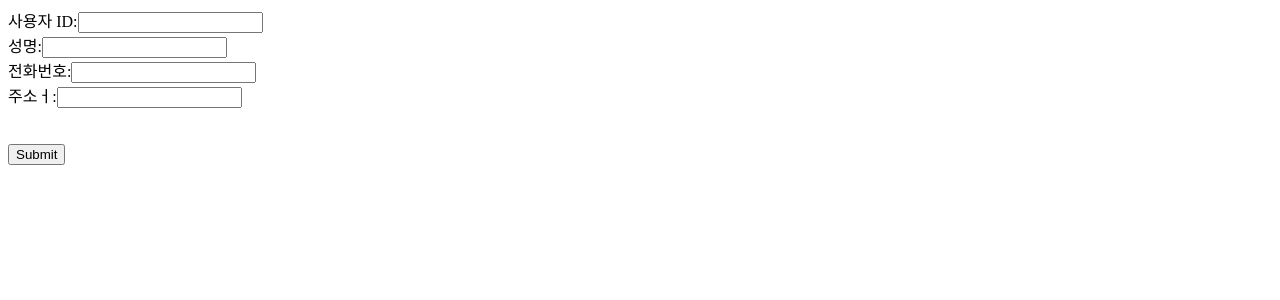
Repository: chanhooop/JSP
Page: http://localhost/CRUD/purchaserInsert_01.jsp
The author's editor kept a copy of each file at every save. The page is drawn from the files as they stood at one save, then again after the next save.
The browser window is 1280 px wide. The pictures show the whole page.
The page is served by Tomcat 9.

Above is the page before, as saved 2021-05-11 03:45:36.

### CRUD/src/main/webapp/purchaserInsert_01.jsp
<%@ page language="java" contentType="text/html; charset=UTF-8"
    pageEncoding="UTF-8"%>
<!DOCTYPE html>
<html>
<head>
<meta charset="UTF-8">
<title>Insert title here</title>
</head>
<script type="text/javascript">
	function checkLogin() {
		var form = document.loginForm;  //반복되는 부분 변수로 만들수 있다
		 	      //document는 이 문서. loginForm은 폼태그 이름

		// Empty Check
		if(form.userid.value == ""){
			alert("제대로 입력하세요!");
			form.id.focus();
			return false; //false값을 안줘버리면 액션페이지로 넘어가 버린다!!
		}

		form.submit();  //submit 은 자바스크립에서 해준다 인풋타입을 버튼으로 해줘야한다!!!1

	}
</script>
<body>


	<form name="loginForm" action="purchaserInsert_02.jsp">
		사용자 ID:<input type="text" name="userid"><br>
		성명:<input type="text" name="name"><br>
		전화번호:<input type="text" name="tel"><br>
		주소ㅓ:<input type="text" name="address"><br>

		<br><br>

		<input type="submit" name="확인">

	</form>

</body>
</html>

After the next save:
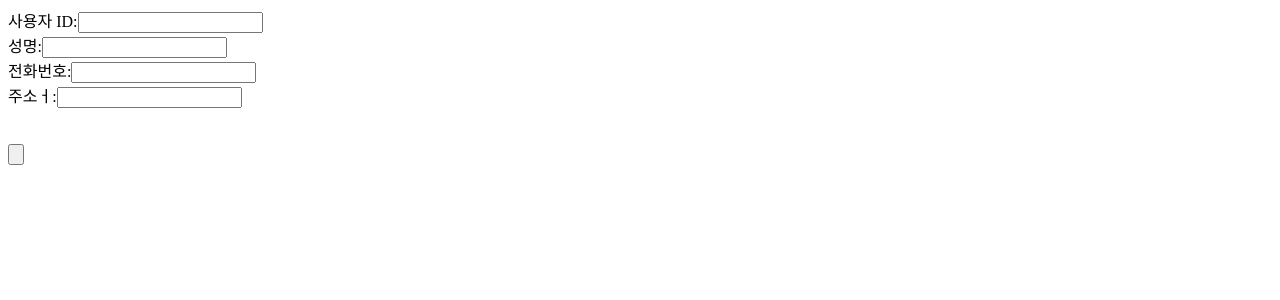
Saved 39 s later.
--- a/CRUD/src/main/webapp/purchaserInsert_01.jsp
+++ b/CRUD/src/main/webapp/purchaserInsert_01.jsp
@@ -33,7 +33,7 @@
 
 		<br><br>
 
-		<input type="submit" name="확인">
+		<input type="button" name="확인" onclick="checkLogin">
 
 	</form>
 
